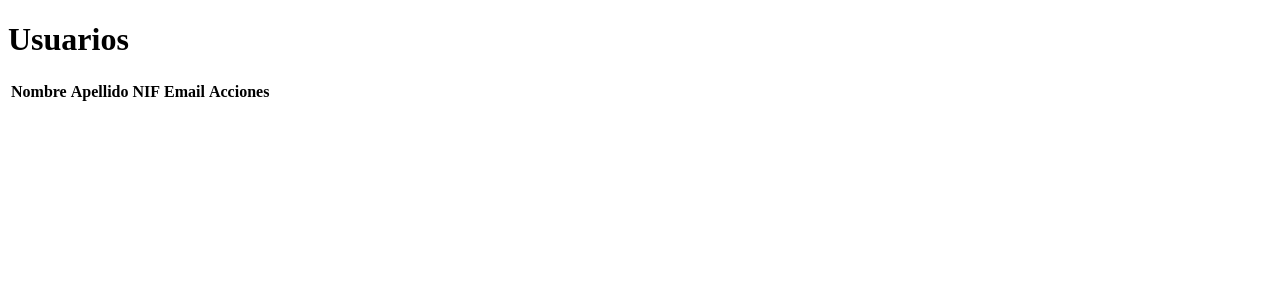
Repository: VinnySil/membresia
Page: http://localhost/users
The author's editor kept a copy of each file at every save. The page is drawn from the files as they stood at one save, then again after a run of saves.
The browser window is 1280 px wide. The pictures show the whole page.
The page is served by the project's Laravel application, run on PHP 8.4 with Laravel 12. Other server files are loaded and not shown. Queries for data that is not in the repository find no rows.

Above is the page before, as saved 2024-12-06 18:48:55.

### routes/web.php
<?php

use App\Http\Controllers\UserController;
use Illuminate\Support\Facades\Route;

Route::get('/', function () {
    return view('welcome');
});

//Endpoint para el crud de usuarios
Route::resource('users', UserController::class);

### app/Http/Controllers/UserController.php
<?php

namespace App\Http\Controllers;

use App\Models\User;
use Illuminate\Http\Request;

class UserController extends Controller
{
    /**
     * Display a listing of the resource.
     */
    public function index()
    {
        $users = User::all();
        return view('users.index', compact('users'));
    }

    /**
     * Show the form for creating a new resource.
     */
    public function create()
    {
        //
    }

    /**
     * Store a newly created resource in storage.
     */
    public function store(Request $request)
    {
        //
    }

    /**
     * Display the specified resource.
     */
    public function show(User $user)
    {
        //
    }

    /**
     * Show the form for editing the specified resource.
     */
    public function edit(User $user)
    {
        //
    }

    /**
     * Update the specified resource in storage.
     */
    public function update(Request $request, User $user)
    {
        //
    }

    /**
     * Remove the specified resource from storage.
     */
    public function destroy(User $user)
    {
        //
    }
}

### app/Models/User.php
<?php

namespace App\Models;

// use Illuminate\Contracts\Auth\MustVerifyEmail;
use Illuminate\Database\Eloquent\Factories\HasFactory;
use Illuminate\Foundation\Auth\User as Authenticatable;
use Illuminate\Notifications\Notifiable;

class User extends Authenticatable
{
    /** @use HasFactory<\Database\Factories\UserFactory> */
    use HasFactory, Notifiable;

    /**
     * The attributes that are mass assignable.
     *
     * @var array<int, string>
     */
    protected $fillable = [
        'full_name',
        'nick',
        'nif',
        'email',
        'password',
        'born_date',
    ];

    /**
     * The attributes that should be hidden for serialization.
     *
     * @var array<int, string>
     */
    protected $hidden = [
        'password',
        'remember_token',
    ];

    /**
     * Get the attributes that should be cast.
     *
     * @return array<string, string>
     */
    protected function casts(): array
    {
        return [
            'email_verified_at' => 'datetime',
            'password' => 'hashed',
        ];
    }

    public function getRouteKeyName()
    {
        return 'nick';
    }
}

### resources/views/users/index.blade.php
<!DOCTYPE html>
<html lang="en">
<head>
    <meta charset="UTF-8">
    <meta name="viewport" content="width=device-width, initial-scale=1.0">
    <meta http-equiv="X-UA-Compatible" content="ie=edge">
    <title>Usuarios</title>
</head>
<body>
    <h1>Usuarios</h1>
    <a href=""></a>
    <table>
        <thead>
            <tr>
                <th>Nombre</th>
                <th>Apellido</th>
                <th>NIF</th>
                <th>Email</th>
                <th>Acciones</th>
            </tr>
        </thead>
        <tbody>
            @foreach($users as $user)
                <tr>
                    <td>{{ $user->full_name }}</td>
                    <td>{{ $user->nick }}</td>
                    <td>{{ $user->nif }}</td>
                    <td>{{ $user->email }}</td>
                    <td>
                        <a href="{{ route('users.show', $user) }}">Ver</a>
                        <a href="{{ route('users.edit', $user) }}">Editar</a>
                        <a href="{{ route('users.destroy', $user) }}">Eliminar</a>
                    </td>
                </tr>
            @endforeach
        </tbody>
    </table>
</body>
</html>

Loaded but not shown: app/Http/Controllers/Controller.php (common file)

After the next 2 saves:
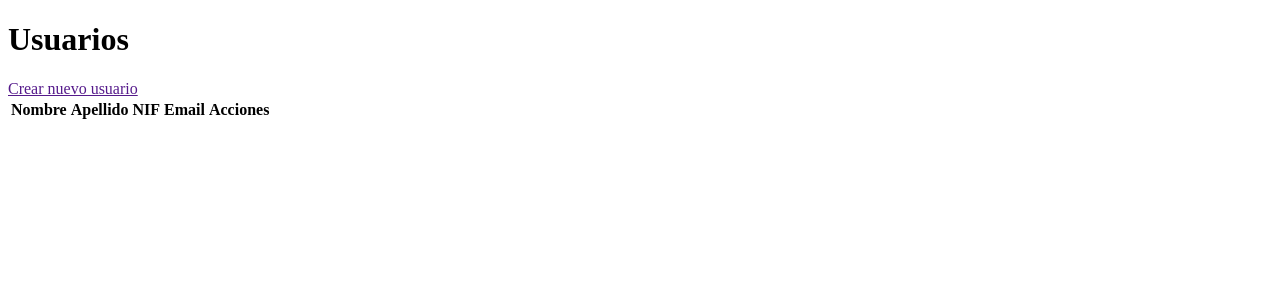
The 2 saves are shown as one change because they came seconds apart.
The last was saved 9 s later.
--- a/resources/views/users/index.blade.php
+++ b/resources/views/users/index.blade.php
@@ -8,7 +8,7 @@
 </head>
 <body>
     <h1>Usuarios</h1>
-    <a href=""></a>
+    <a href="">Crear nuevo usuario</a>
     <table>
         <thead>
             <tr>
